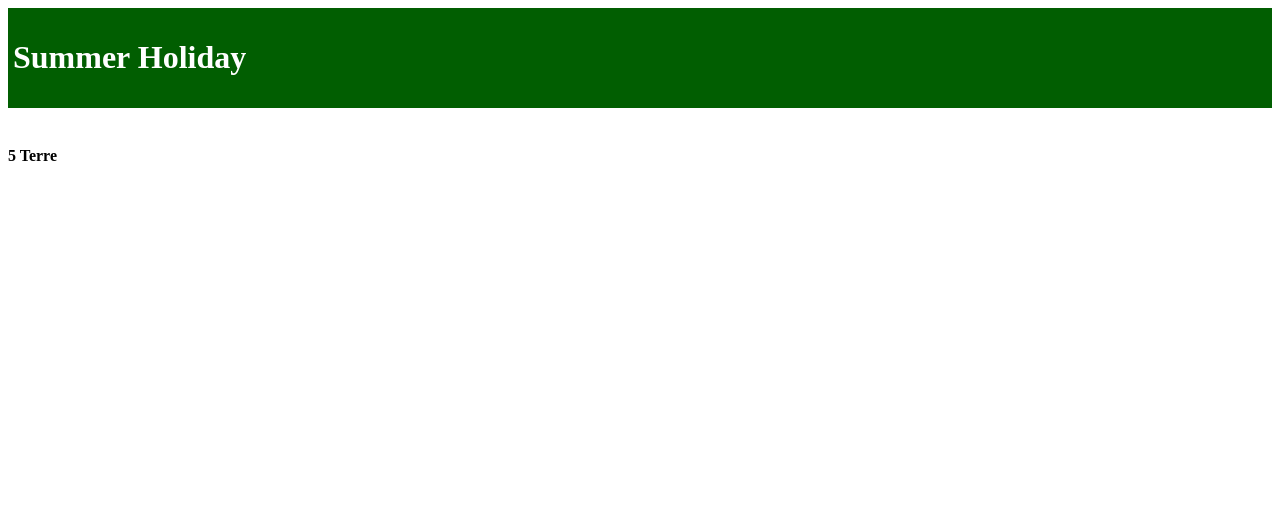
Repository: Lehuyhuynh/BT1-CSS
Page: index.html
The author's editor kept a copy of each file at every save. The page is drawn from the files as they stood at one save, then again after a run of saves.
The browser window is 1280 px wide. The pictures show the whole page.

Above is the page before, as saved 2023-08-16 14:31:11.

### index.html
<!DOCTYPE html>
<html lang="en">
<head>
  <meta charset="UTF-8">
  <link rel="stylesheet" href="style.css">
  <meta name="viewport" content="width=device-width, initial-scale=1.0">
  <title>BT1-CSS</title>
</head>
<body>
  <div class="row">
    <div class="head">
      <h1> Summer Holiday</h1>
    </div>

    <div class="container">
      <div class="list">
        <img src="" alt="">
        <h4>5 Terre</h4>
      </div>
    </div>
  </div>

</body>
</html>

### style.css
*{
  box-sizing: border-box;
}
.head
{
  background-color: rgb(1, 94, 1);
  padding: 10px 0 10px 5px;
}
h1{
  color: white;
}

After the next 2 saves:
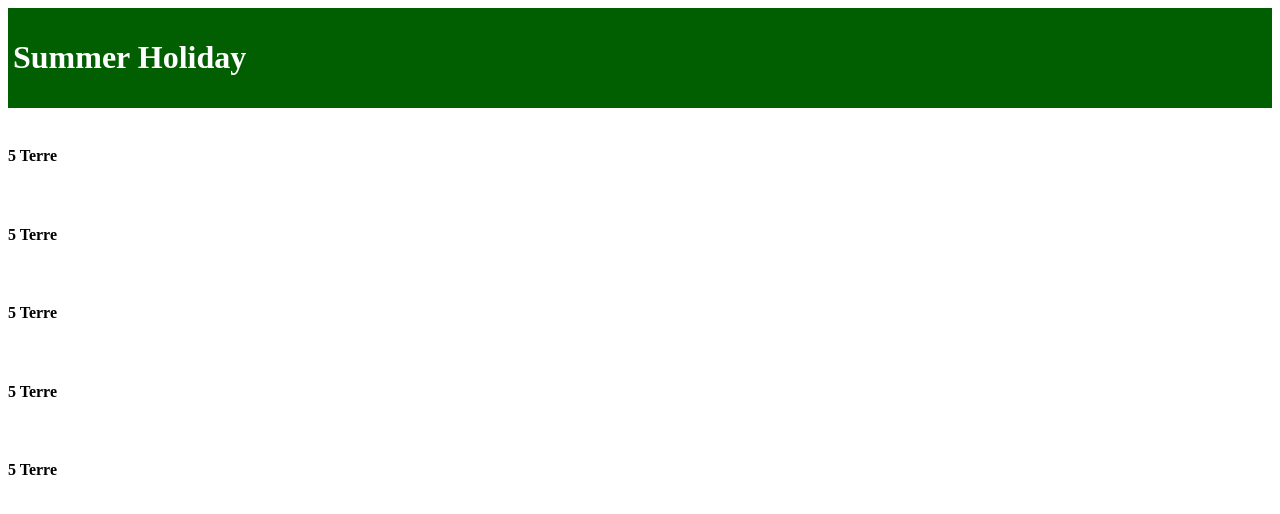
The 2 saves are shown as one change because they came seconds apart.
The last was saved 22 s later.
--- a/index.html
+++ b/index.html
@@ -17,6 +17,26 @@
         <img src="" alt="">
         <h4>5 Terre</h4>
       </div>
+
+      <div class="list">
+        <img src="" alt="">
+        <h4>5 Terre</h4>
+      </div>
+
+      <div class="list">
+        <img src="" alt="">
+        <h4>5 Terre</h4>
+      </div>
+
+      <div class="list">
+        <img src="" alt="">
+        <h4>5 Terre</h4>
+      </div>
+
+      <div class="list">
+        <img src="" alt="">
+        <h4>5 Terre</h4>
+      </div>
     </div>
   </div>
 
